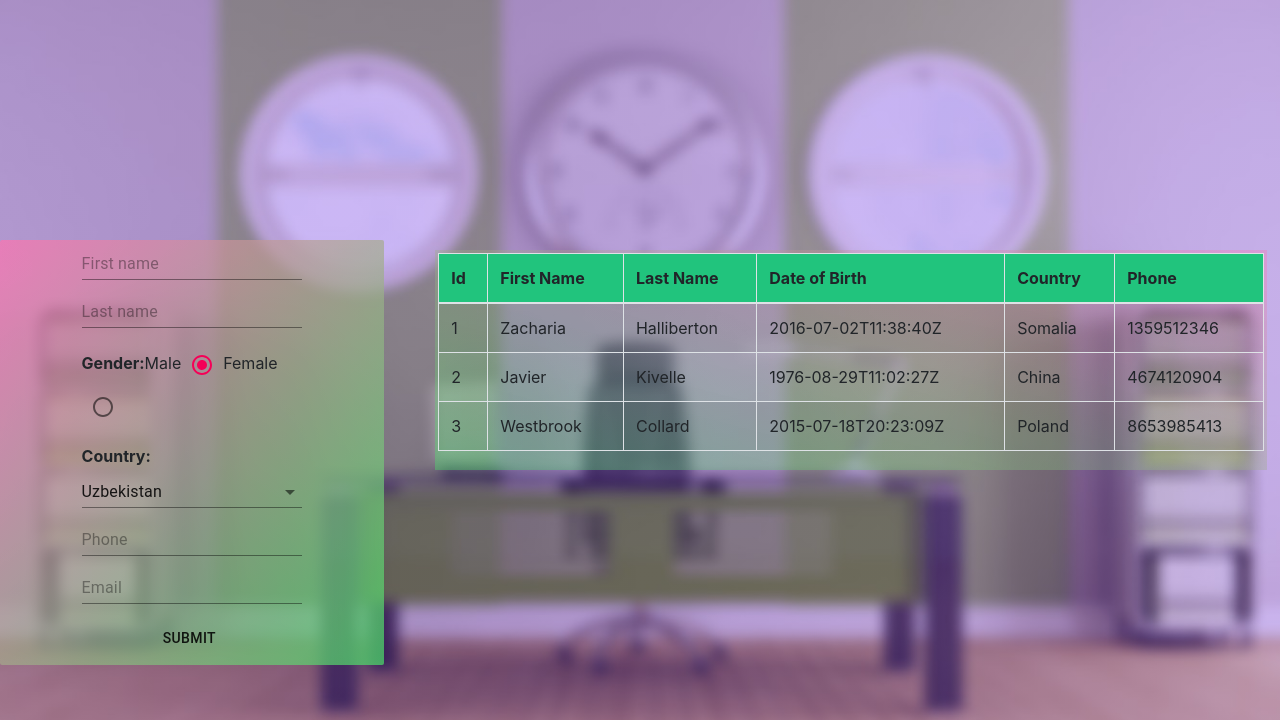
Repository: abrorsaidov/table-table
Page: /
These files come from the project's save history. The page is drawn as it stood at one moment and after the next save; the edit follows.
The browser window is 1280 px wide. The pictures show the whole page.
The project was rebuilt for these pictures with package versions that can differ from the ones it lists, and the page was loaded fresh each time. Also part of the build but not shown: src/components/ComponentC.js.

Above is the page before, as saved 2020-12-05 01:09:53.

### src/App.js
import React, { useContext } from 'react';
import './App.css';
import UserContext from './components/userContext';
import State from './components/state';
import ComponentC from './components/ComponentC';
import Forms from './components/Forms';
import MyTable from './components/MyTable';

function App() {
    return (
        <State>
            <div className='App'>
                <Forms />
                <MyTable />
            </div>
        </State>
    );
}

export default App;

### src/App.css
@import url("https://fonts.googleapis.com/css2?family=Nunito+Sans:wght@200&display=swap");

* {
  margin: 0;
  padding: 0;
}

body {
  background: linear-gradient(
      to bottom right,
      rgba(104, 37, 238, 0.3),
      rgba(104, 37, 238, 0.3)
    ),
    url("../src/office.jpg");
  background-attachment: fixed;
  background-repeat: no-repeat;
  font-family: "Nunito Sans", sans-serif;
  background-size: cover;
}

.form-wrapper {
  background: linear-gradient(
    to bottom right,
    rgba(255, 114, 175, 0.7),
    rgba(75, 226, 105, 0.7)
  );
  display: flex;
  flex-direction: column;
  justify-content: center;
  align-items: center;
  width: 30%;
  left: 10%;
  border-radius: 2px;
  margin-top: 15em;
  /* transform: translateY(50%); */
  padding: 0.5em;
}

.text {
  width: 60%;
}
.text .country {
  display: flex;
  justify-content: space-between;
}
.text {
  margin-bottom: 1em;
}
label.main {
  font-weight: bold;
}

.submit-btn {
  background: rgba(129, 232, 27, 0.912);
  width: 60%;
  text-align: center;
  border-radius: 7px;
}
small.error {
  display: block;
  color: red;
}
small.hide {
  color: red;
  display: none;
}

option {
  cursor: pointer;
}

.inputs {
  width: 100%;
}

.myTable {
  background: linear-gradient(
    to top right,
    rgba(75, 226, 105, 0.4),
    rgba(255, 114, 175, 0.337)
  );
  position: absolute;
  width: 65%;
  top: 50%;
  transform: translateY(-50%);
  right: 1%;
  padding: 3px;
  /* justify-content: center;
  display: flex; */
}

thead {
  background: rgb(33, 196, 125);
}

### src/components/state.js
import React, { useReducer } from 'react';
import reducer from './reducer';
import UserContext from './userContext';

const State = props => {
    const initialState = {
        loading: false,
    };

    const [state, dispatch] = useReducer(reducer, initialState);

    const setLoading = () => {
        dispatch({
            type: 'LOADING',
        });
    };

    const clearLoading = () => {
        dispatch({
            type: 'CLEAR_LOADING',
        });
    };

    return (
        <UserContext.Provider
            value={{ loading: state.loading, setLoading, clearLoading }}
        >
            {props.children}
        </UserContext.Provider>
    );
};

export default State;

### src/components/MyTable.js
import React, { useMemo } from "react";
import { useTable } from "react-table";
import MOCK_DATA from "./MOCK_DATA.json";
import { COLUMNS } from "./columns";
import { Table } from "react-bootstrap";
import "bootstrap/dist/css/bootstrap.min.css";

const MyTable = () => {
  const columns = useMemo(() => COLUMNS, []);
  const data = useMemo(() => MOCK_DATA, []);

  const tableInstance = useTable({
    columns,
    data,
  });

  const {
    getTableProps,
    getTableBodyProps,
    headerGroups,
    rows,
    prepareRow,
  } = tableInstance;

  return (
    <div className="myTable">
      <Table striped bordered hover className={""} {...getTableProps()}>
        <thead>
          {headerGroups.map((headerGroup) => (
            <tr {...headerGroup.getHeaderGroupProps()}>
              {headerGroup.headers.map((column) => (
                <th {...column.getHeaderProps()}>{column.render("Header")}</th>
              ))}
            </tr>
          ))}
        </thead>
        <tbody {...getTableBodyProps()}>
          {rows.map((row) => {
            prepareRow(row);
            return (
              <tr {...row.getRowProps()}>
                {row.cells.map((cell) => {
                  return (
                    <td {...cell.getCellProps()}>{cell.render("Cell")}</td>
                  );
                })}
              </tr>
            );
          })}
        </tbody>
      </Table>
    </div>
  );
};

export default MyTable;

### src/components/reducer.js
export default (state, action) => {
    switch (action.type) {
        case 'LOADING':
            return {
                ...state,
                loading: true,
            };
        case 'CLEAR_LOADING':
            return {
                ...state,
                loading: false,
            };
    }
};

### src/components/columns.js
export const COLUMNS = [
    {
        Header: 'Id',
        accessor: 'id',
    },
    {
        Header: 'First Name',
        accessor: 'first_name',
    },
    {
        Header: 'Last Name',
        accessor: 'last_name',
    },
    {
        Header: 'Date of Birth',
        accessor: 'date_of_birth',
    },
    {
        Header: 'Country',
        accessor: 'country',
    },
    {
        Header: 'Phone',
        accessor: 'phone',
    },
];

Loaded but not shown: public/index.html (common file); src/index.js (common file); src/index.css (common file); src/reportWebVitals.js (common file); src/components/userContext.js (common file); src/components/MOCK_DATA.json (32 lines, source omitted); src/components/Forms.js (492 lines, source omitted)

After the next save:
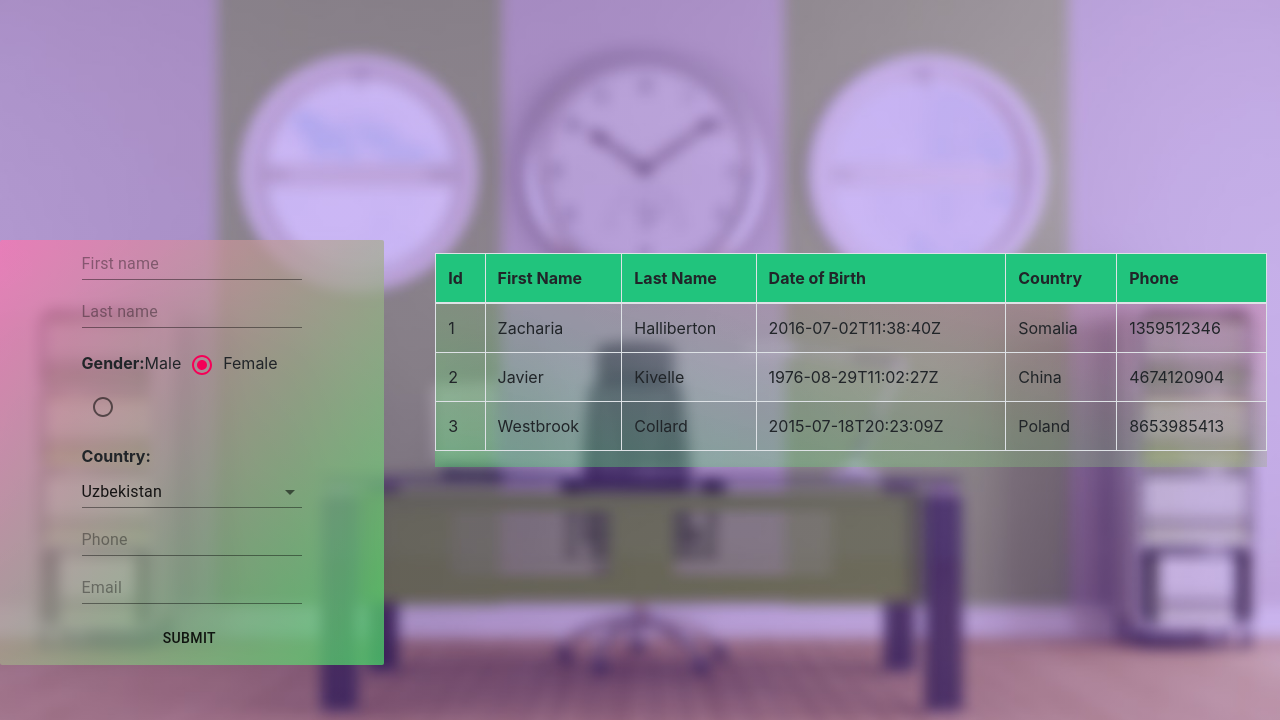
Saved 41 s later.
--- a/src/App.css
+++ b/src/App.css
@@ -84,7 +84,6 @@ option {
   top: 50%;
   transform: translateY(-50%);
   right: 1%;
-  padding: 3px;
   /* justify-content: center;
   display: flex; */
 }
